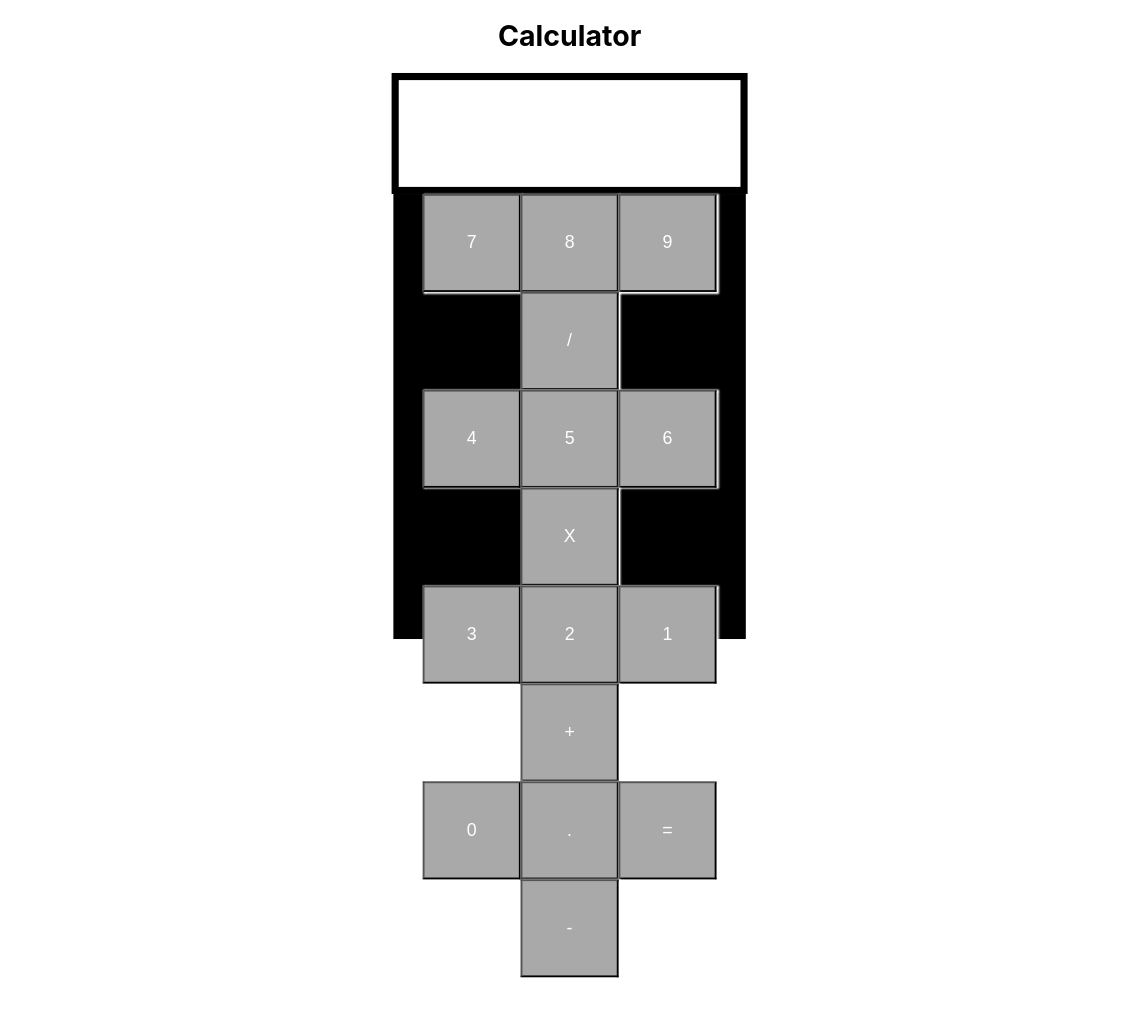
Repository: punitbathija/Placement-Assitance-iNeuron
Page: / (app in React/calculator/)
An editor plug-in stored every save of this project. The page is shown before and after the next save, followed by the edit.
The browser window is 1280 px wide. The pictures show the whole page, at 89% of full size.
The project was rebuilt for these pictures with package versions that can differ from the ones it lists, and the page was loaded fresh each time.

Above is the page before, as saved 2023-06-05 16:16:39.

### React/calculator/src/index.css
body {
  margin: 0;
  font-family: -apple-system, BlinkMacSystemFont, 'Segoe UI', 'Roboto', 'Oxygen',
    'Ubuntu', 'Cantarell', 'Fira Sans', 'Droid Sans', 'Helvetica Neue',
    sans-serif;
  -webkit-font-smoothing: antialiased;
  -moz-osx-font-smoothing: grayscale;
}

code {
  font-family: source-code-pro, Menlo, Monaco, Consolas, 'Courier New',
    monospace;
}

.screen{
  height: 120px;
  width: 30%;
  border:  8px solid black;
  margin: auto;
  background-color: white;
}


.numpad{
  color: white;
  height: 500px;
  width: 31%;
  margin: auto;
  background-color: black;
}

.btn{
  height: 110px;
  width: 110px;
  background-color: darkgray;
  color: white;
  font-size:20px;
  box-shadow: 2px 1px 2px 1px;
}

### React/calculator/src/App.js
import "./App.css";
import Calculator from "./Calculator";

function App() {
  return (
    <div className="App">
      <h1>Calculator</h1>
      <Calculator />
    </div>
  );
}

export default App;

### React/calculator/src/Calculator.jsx
import React from "react";
import "./index.css";

const Calculator = () => {
  return (
    <div>
      <div className="screen"></div>
      <div className="numpad">
        <div className="firstRow">
          <button className="btn">7</button>
          <button className="btn">8</button>
          <button className="btn">9</button>
          <button className="btn">/</button>
        </div>
        <div className="secondRow">
          <button className="btn">4</button>
          <button className="btn">5</button>
          <button className="btn">6</button>
          <button className="btn">X</button>
        </div>
        <div className="thirdRow">
          <button className="btn">3</button>
          <button className="btn">2</button>
          <button className="btn">1</button>
          <button className="btn">+</button>
        </div>
        <div className="fourthRow">
          <button className="btn">0</button>
          <button className="btn">.</button>
          <button className="btn">=</button>
          <button className="btn">-</button>
        </div>
        <h1>CASIO</h1>
      </div>
    </div>
  );
};

export default Calculator;

Loaded but not shown: React/calculator/public/index.html (common file); React/calculator/src/index.js (common file); React/calculator/src/App.css (common file)

After the next save:
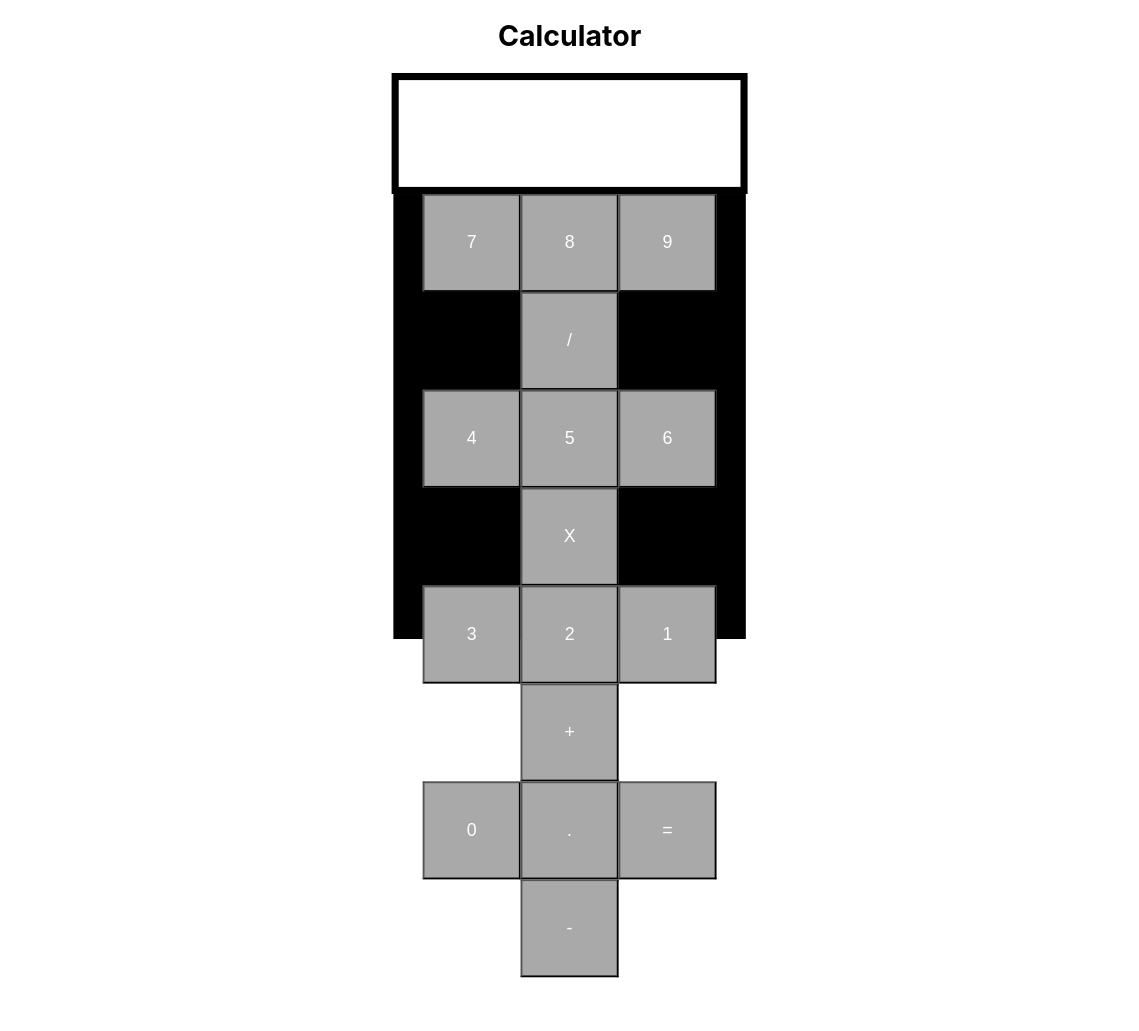
Saved 16 s later.
--- a/React/calculator/src/index.css
+++ b/React/calculator/src/index.css
@@ -35,5 +35,4 @@ code {
   background-color: darkgray;
   color: white;
   font-size:20px;
-  box-shadow: 2px 1px 2px 1px;
 }
